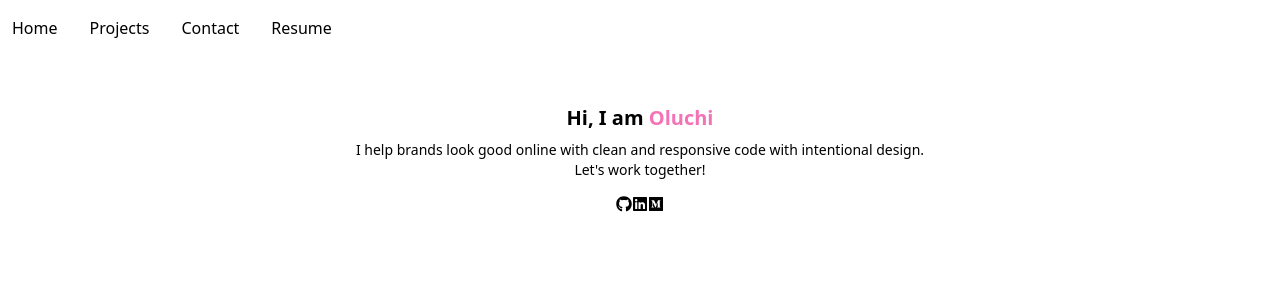
Repository: ooluchi/portfolio_
Page: / (app in my-react-app/)
The author's editor kept a copy of each file at every save. The page is drawn from the files as they stood at one save, then again after the next save.
The browser window is 1280 px wide. The pictures show the whole page.
The project was rebuilt for these pictures with package versions that can differ from the ones it lists, and the page was loaded fresh each time. Also part of the build but not shown: my-react-app/vite.config.ts.

Above is the page before, as saved 2025-11-20 12:19:50.

After the next save:
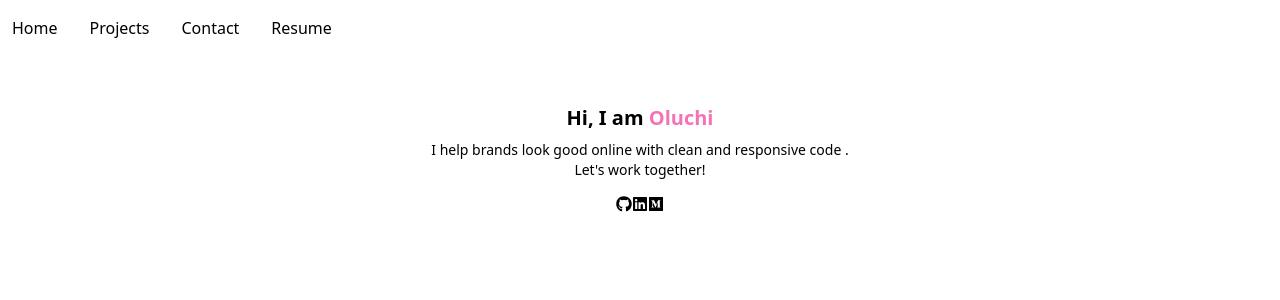
Saved 19 s later.
--- a/my-react-app/src/components/Home.tsx
+++ b/my-react-app/src/components/Home.tsx
@@ -10,7 +10,7 @@
       <div className="text-center ">
         <h1 className="font-semibold mt-12 text-xl">Hi, I am <span className="text-pink-400">Oluchi</span></h1>
         <div className="mt-2 text-sm">
-          <p>I help brands look good online with clean and responsive code with intentional design. </p>
+          <p>I help brands look good online with clean and responsive code . </p>
           <p>Let's work together!</p>
         </div>
 

After the save that followed:
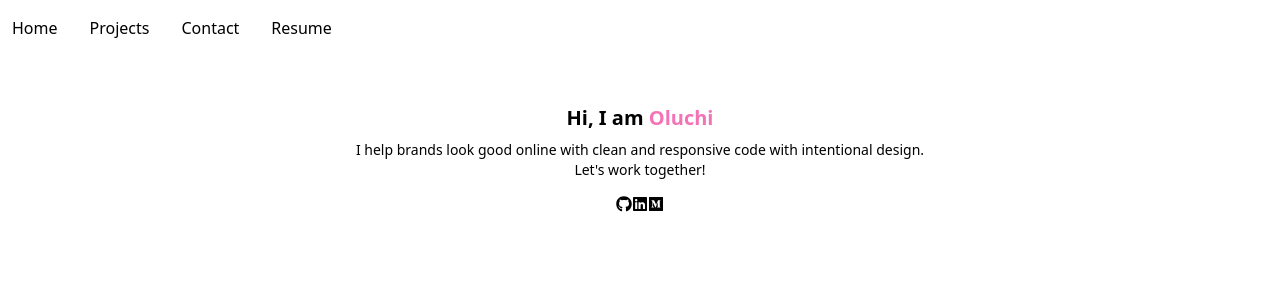
Saved 9 s later.
--- a/my-react-app/src/components/Home.tsx
+++ b/my-react-app/src/components/Home.tsx
@@ -10,7 +10,7 @@
       <div className="text-center ">
         <h1 className="font-semibold mt-12 text-xl">Hi, I am <span className="text-pink-400">Oluchi</span></h1>
         <div className="mt-2 text-sm">
-          <p>I help brands look good online with clean and responsive code . </p>
+          <p>I help brands look good online with clean and responsive code with intentional design. </p>
           <p>Let's work together!</p>
         </div>
 
